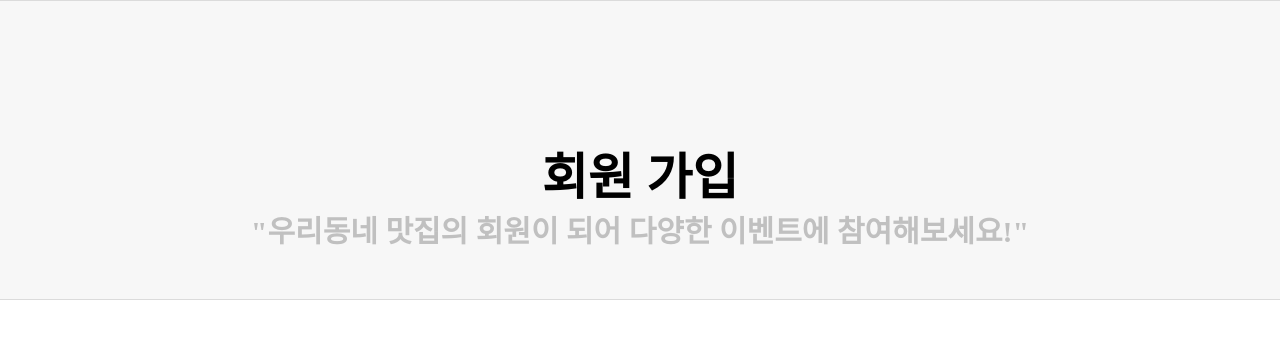
Repository: kdw0937/UdongProject
Page: http://localhost/matjib2/jsp/banner_admin.jsp
The author's editor kept a copy of each file at every save. The page is drawn from the files as they stood at one save, then again after the next save.
The browser window is 1280 px wide. The pictures show the whole page.
Some web fonts or font styles are not loaded; a fallback is used. Some web libraries are served in a nearby version. The page is served by Tomcat 9. Other server files are loaded and not shown.

Above is the page before, as saved 2021-01-21 16:34:47.

### matjib2/src/main/webapp/jsp/banner_admin.jsp
<%@ page language="java" contentType="text/html; charset=EUC-KR"
    pageEncoding="EUC-KR"%>
<!DOCTYPE html>
<html>
<head>
<meta charset="EUC-KR">
<meta name="viewport" content="width=device-width, initial-scale=1.0" />
<link rel="stylesheet" type="text/css"
	href="${pageContext.request.contextPath}/css/banner.css">
<title>UdongProject</title>
<meta name="description" content="An HTML protfolio Theme built" />
<meta name="keywords" content="portfolio, theme, bootstrap, grid" />
<meta name="author" content="Alikerock" />
<meta name="viewport" content="width=device-width" , initial-scale=1 "/>
<script src="https://kit.fontawesome.com/90c06db892.js"
	crossorigin="anonymous"></script>
<script	src="http://ajax.googleapis.com/ajax/libs/jquery/1/jquery.min.js"></script>
<script src="http://malsup.github.com/jquery.cycle2.js"></script>
<title>User_Entry</title>
</head>
<body>
	<div class="banner_list container clearfix">
		<h1>회원 가입</h1>
		<h2>"우리동네 맛집의 회원이 되어 다양한 이벤트에 참여해보세요!"</h2>
	</div>
</body>
</html>

### matjib2/src/main/webapp/css/banner.css
@charset "EUC-KR";
@import url(resetCss.css);
@import url("https://fonts.googleapis.com/css2?family=Roboto:ital,wght@0,400;1,300&family=Song+Myung&display=swap");

/* BANNER */
.container {
  width: 1348px;
  margin: 0;
}

body {
  font: normal 18/27px "Roboto", sans-serif;
  columns: #2e2e2e;

}

.banner_list{
  width: 100%;
  height: 300px;
  background-repeat: no-repeat;
  background-position: center top;
  background-size: cover;
  text-align: center;
  padding-top:150px;
  box-sizing:border-box;
  background-color:#f7f7f7;
  border-top: 1px solid #dbdbdb;
  border-bottom: 1px solid #dbdbdb;
}
.banner_list h1{
	font: normal bold 50px/54px "Song Myung", serif;
}
.banner_list h2{
	font: normal bold 30px/54px "Song Myung", serif;
	color:#c0c0c0;
}
/* HEADER*/
header {
  background: rgba(0, 0, 0, 0.5);
  position: fixed;
  z-index: 101;
  left: 0;
  right: 0;
  padding: 10px 0;
}
.logo {
  float: left;
  margin-left:50px;
  color: white;
}
.logo a {
  width: 250px;
  height: 60px;
  background: url(../img/logo_gray.jpg) no-repeat;
  text-indent: -9999em;
  display: block;
}

nav {
  float: right;
  position:absolute;
  right:50px;

}
nav ul li {
  float: left;
  margin-left: 27px;
}
nav ul li a {
  color: #fff;
  text-transform: uppercase;
  text-decoration: none;
  font: normal bold 14px/54px "Song Myung", serif;
}
* {
  box-sizing: border-box;
}

.seperate {
  float: left;
  width: 20%;
  padding: 5px;
}

/* BANNNER-START*/

### matjib2/src/main/webapp/css/resetCss.css
@charset "EUC-KR";
/* http://meyerweb.com/eric/tools/css/reset/
   v2.0 | 20110126
   License: none (public domain)
*/

html,body,div,span,applet,
object,iframe,h1,h2,h3,h4,h5,
h6,p,blockquote,pre,a,abbr,acronym,
address,big,cite,code,del,dfn,em,img,
ins,kbd,q,s,samp,small,strike,strong,sub,
sup,tt,var,b,u,i,center,dl,dt,dd,ol,ul,
li,fieldset,form,label,legend,table,caption,
tbody,tfoot,thead,tr,th,td,article,aside,canvas,
details,embed,figure,figcaption,footer,header,
hgroup,menu,nav,output,ruby,section,summary,
time,mark,audio,video {
  margin: 0;
  padding: 0;
  border: 0;
  font-size: 100%;
  font: inherit;
  vertical-align: baseline;

}
/* HTML5 display-role reset for older browsers */
article,
aside,
details,
figcaption,
figure,
footer,
header,
hgroup,
menu,
nav,
section {
  display: block;
}
body {
  line-height: 1;
}
ol,
ul {
  list-style: none;
}
blockquote,
q {
  quotes: none;
}
blockquote:before,
blockquote:after,
q:before,
q:after {
  content: "";
  content: none;
}
table {
  border-collapse: collapse;
  border-spacing: 0;
}
.clearfix::after {
  content: "";
  display: block;
  clear: both;
}
img {
  vertical-align: top;
}

After the next save:
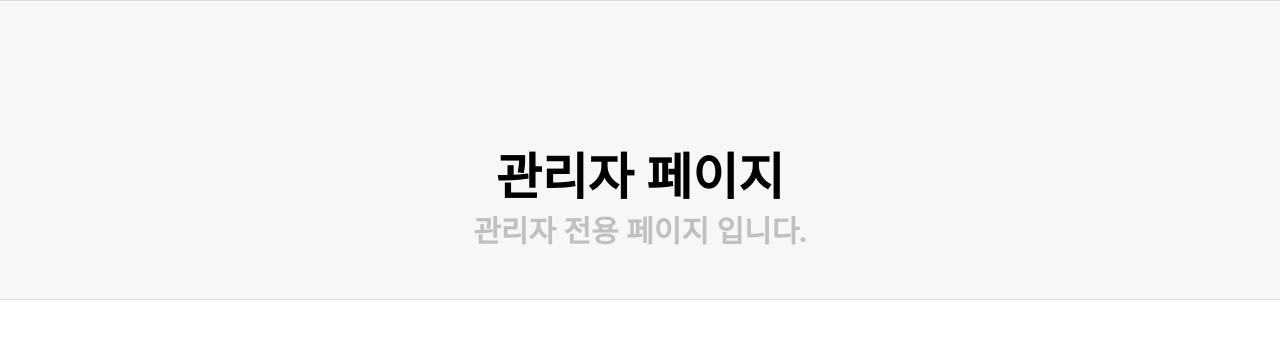
Saved 11 s later.
--- a/matjib2/src/main/webapp/jsp/banner_admin.jsp
+++ b/matjib2/src/main/webapp/jsp/banner_admin.jsp
@@ -20,8 +20,8 @@
 </head>
 <body>
 	<div class="banner_list container clearfix">
-		<h1>회원 가입</h1>
-		<h2>"우리동네 맛집의 회원이 되어 다양한 이벤트에 참여해보세요!"</h2>
+		<h1>관리자 페이지</h1>
+		<h2>관리자 전용 페이지 입니다.</h2>
 	</div>
 </body>
 </html>
